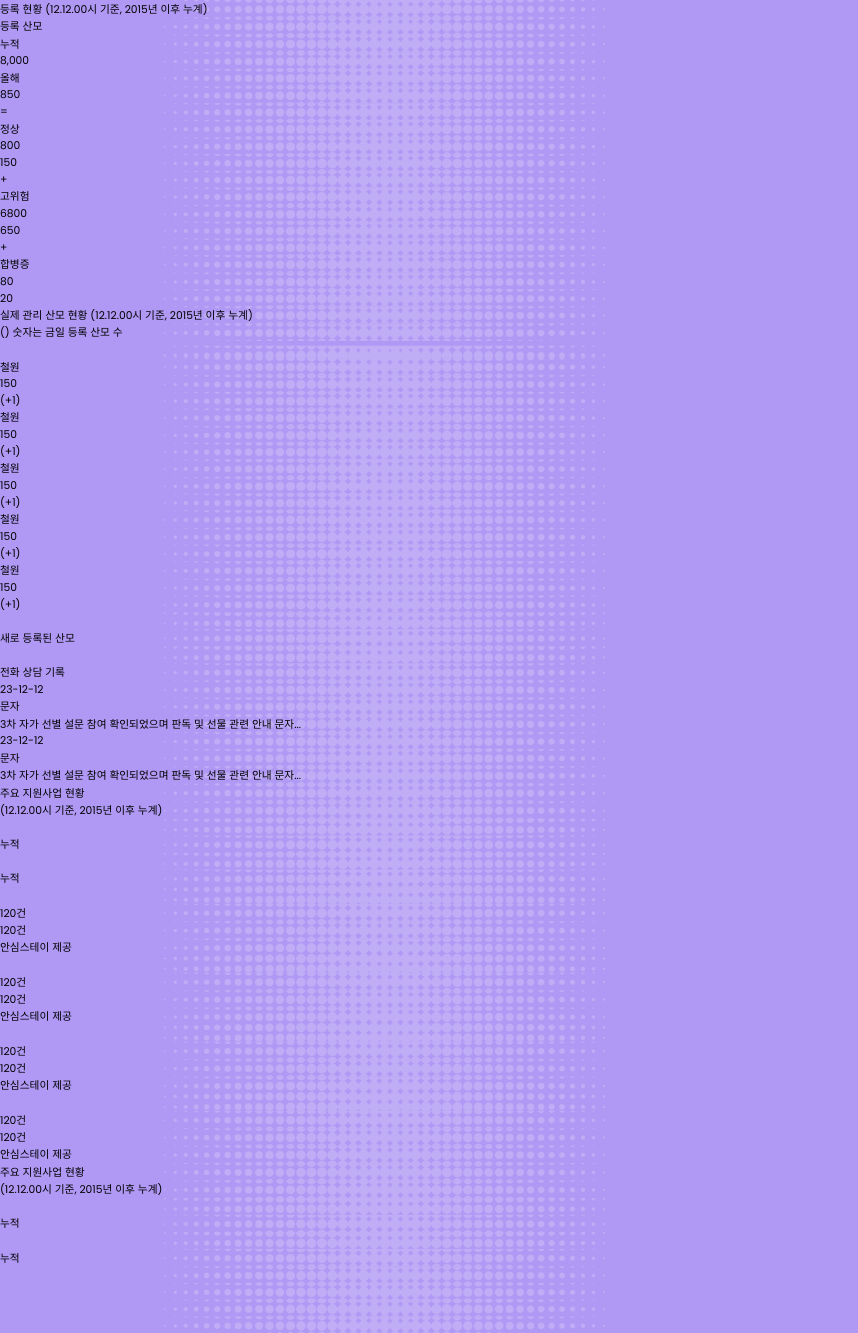
Repository: giapchicuong/Perganancy_Web
Page: index.html
The author's editor kept a copy of each file at every save. The page is drawn from the files as they stood at one save, then again after the next save.
The browser window is 1280 px wide. The pictures show the whole page, at 67% of full size.

Above is the page before, as saved 2024-03-06 11:49:55.

After the next save:
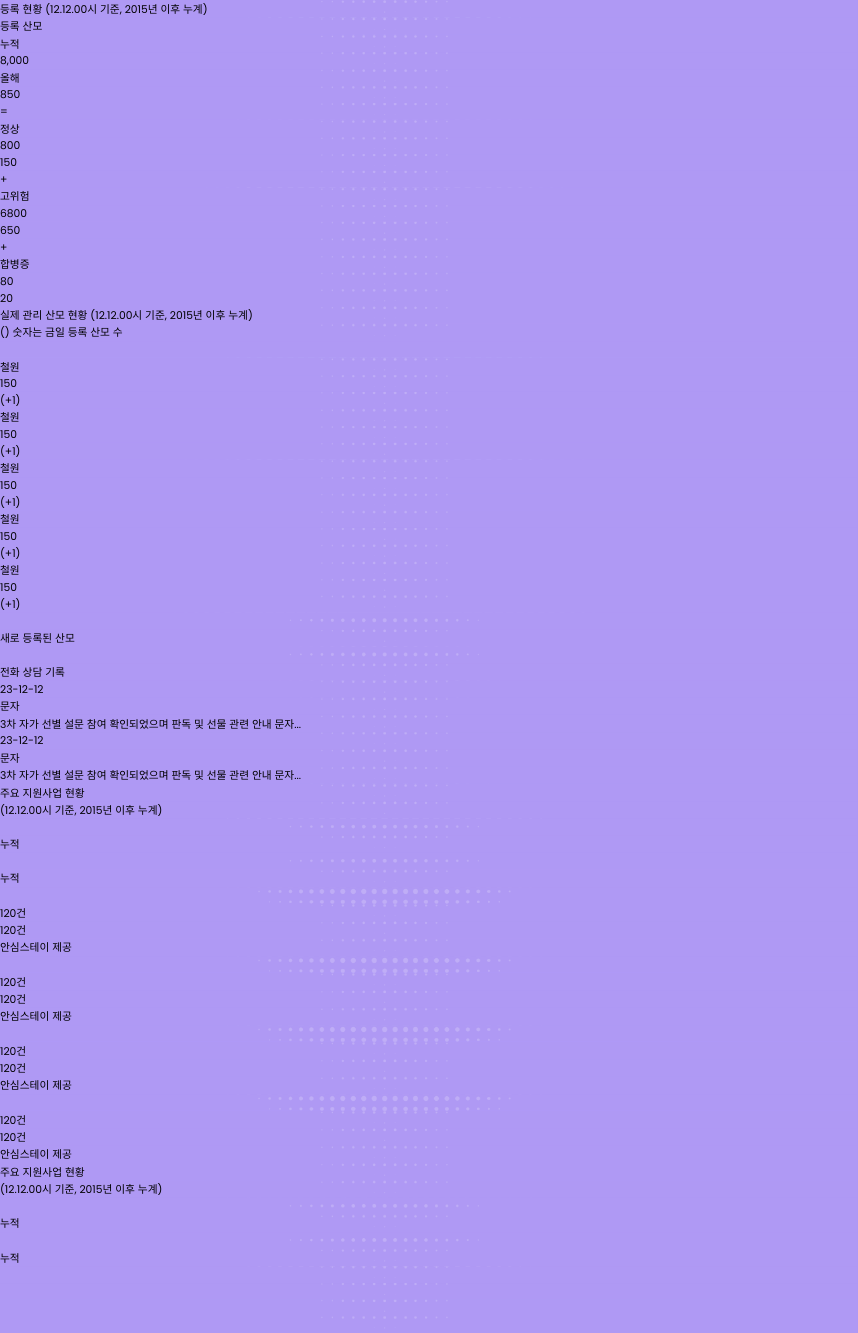
Saved 9 s later.
--- a/assets/base.css
+++ b/assets/base.css
@@ -8,7 +8,7 @@
     background-color: var(--secondary);
     background-image: url("./image/background-top.png");
     background-repeat: no-repeat;
-    background-position: 40% 10%;
+    background-position: 40% 100%;
     /* background-size: cover;  */
 
 }
